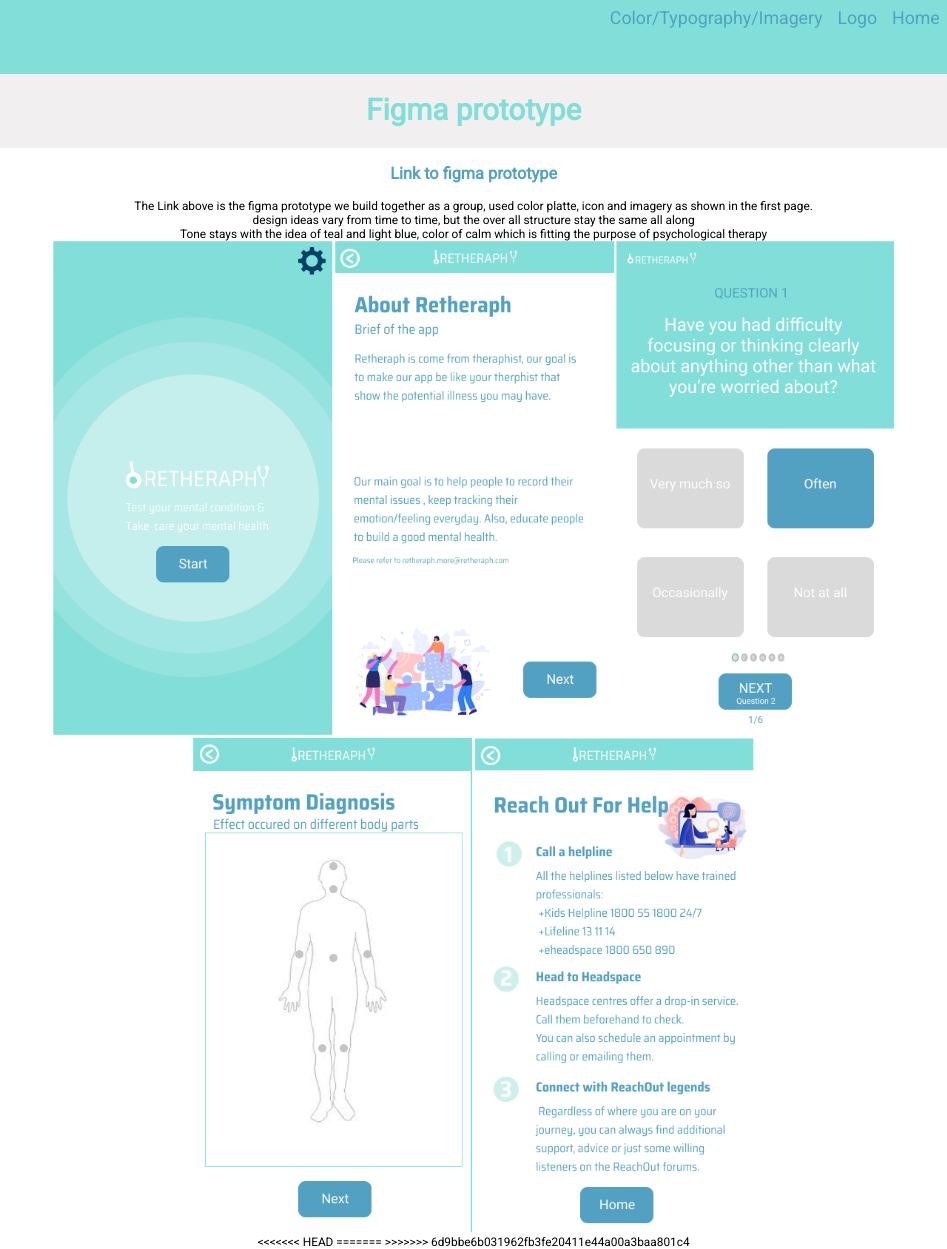
Repository: zzs1/style-guide
Page: style guide/style_guide_Shin_part03/index.html
The author's editor kept a copy of each file at every save. The page is drawn from the files as they stood at one save, then again after a run of saves.
The browser window is 1280 px wide. The pictures show the whole page, at 74% of full size.
Some web fonts or font styles are not loaded; a fallback is used.

Above is the page before, as saved 2021-03-23 20:47:25.

### style guide/style_guide_Shin_part03/index.html

<!DOCTYPE html>
<html lang="en">
<head>
  <meta charset="UTF-8">
  <meta name="viewport" content="width=device-width, initial-scale=1.0">
  <title>Style guide - figma -</title>
  <link href ="style.css" rel="stylesheet" />
  <link href="https://fonts.googleapis.com/css2?family=Saira+Semi+Condensed:wght@500&display=swap" rel="stylesheet">
  <link href="https://fonts.googleapis.com/css2?family=Roboto&display=swap" rel="stylesheet">
</head>
<body>
  <header>
    <div class=header>
      <nav>
        <ul>
          <li><a href="../index.html">Home</a></li>
          <li><a href="../Joyce_styleGuide_part1 /mainpage.html">Logo</a></li>
          <li><a href="../Chisaki_styleGuide_part2/index.html">Color/Typography/Imagery</a></li>
        </ul>
      </nav>
    </div>
  </header>
  <div id="main">
    <article>
      <!--Color theme section starts-->
      <section>
        <div class="title"><h1>Figma prototype</h1></div>
        <h3 class="subtitle"><a href="https://www.figma.com/file/5cTOfacPyaFsYak6549ZUm/2106-design-idea?node-id=257%3A2479">Link to figma prototype</a></h3>
        <p>
            The Link above is the figma prototype we build together as a group, used color platte, icon and imagery as shown in the first page. <br>
            design ideas vary from time to time, but the over all structure stay the same all along<br>
            Tone stays with the idea of teal and light blue, color of calm which is fitting the purpose of psychological therapy
        </p>
        <div id="colorbox">
            <img src="home page.png" alt="home">
            <img src="introduction.png" alt="intro">
            <img src="Q1 after clicking.png" alt="questions">
            <img src="DIAGRAM.png" alt="diagram">
            <img src="help.png" alt="help">
        </div>
<<<<<<< HEAD

=======
>>>>>>> 6d9bbe6b031962fb3fe20411e44a00a3baa801c4
      </section>
  </article>
  </div>
</body>
</html>

### style guide/style_guide_Shin_part03/style.css
body, html{
    margin:0;
    text-align:center;
    font-family: 'Roboto', sans-serif;
  }
  .header{
    margin:0;
    height:100px;
    background-color:#82DED9;
  }
  ul{
    margin:0;
    list-style: none;
  }
  li{
    color:#FFFFFF;
    float:right;
    margin:10px;
    font-size:24px;
  }
  a{
    text-decoration: none;
    color:#52A1C3;
  }
  a:hover{
    color:#FFFFFF;
  }
  p{
    margin:0;
  }
  .title{
    display: flex;
    flex-direction: column;
    height:100px;
    background-color: #F1EFEF;
    margin:0;
  }

  .title > h1{
    margin:25px;
    font-size:40px;
    color:#82DED9;


  }
  .subtitle {
    font-size:22px;
    color:#52A1C3;
  }

After the next 2 saves:
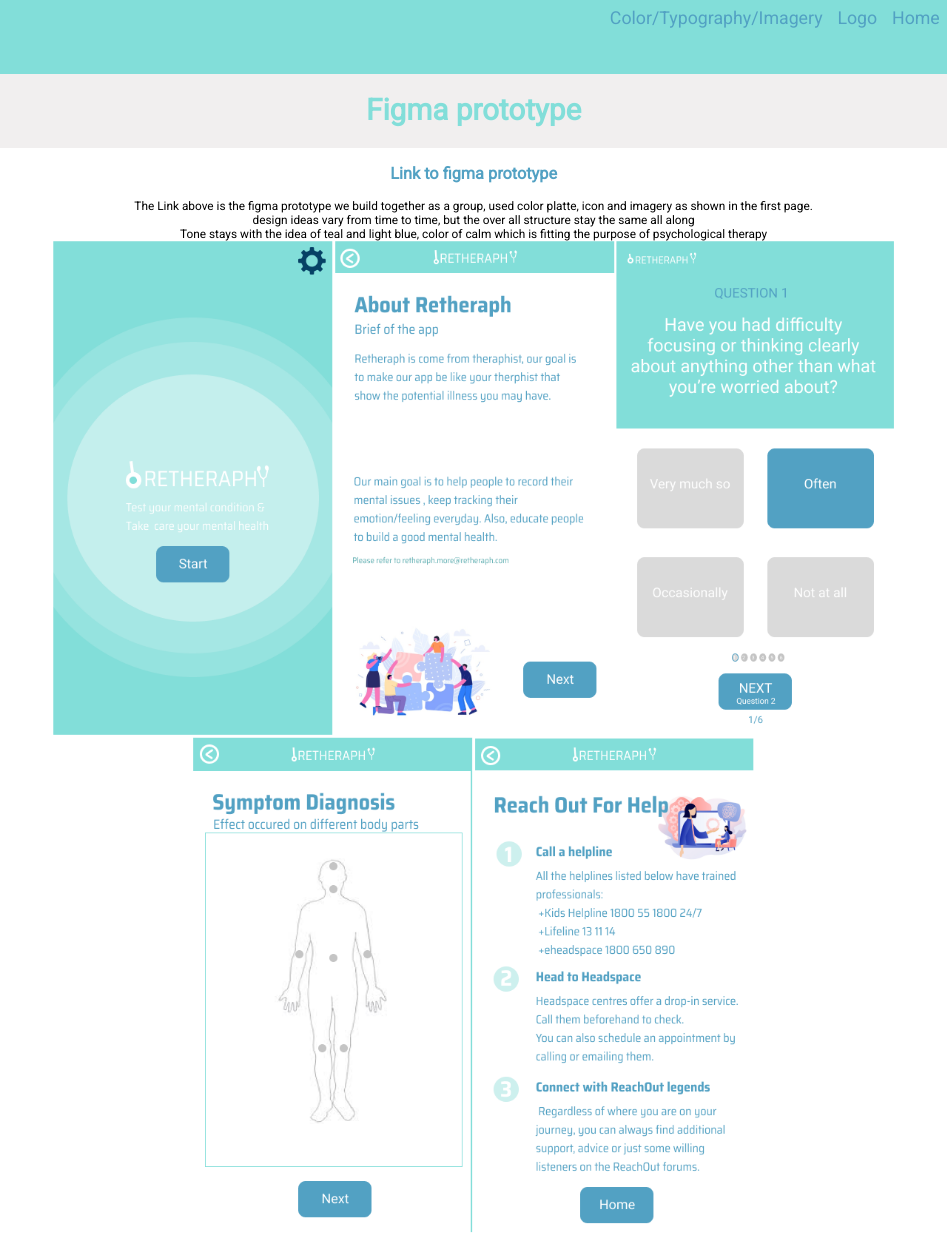
The 2 saves are shown as one change because they came seconds apart.
The last was saved 118 s later.
--- a/style guide/style_guide_Shin_part03/index.html
+++ b/style guide/style_guide_Shin_part03/index.html
@@ -39,10 +39,6 @@
             <img src="DIAGRAM.png" alt="diagram">
             <img src="help.png" alt="help">
         </div>
-<<<<<<< HEAD
-
-=======
->>>>>>> 6d9bbe6b031962fb3fe20411e44a00a3baa801c4
       </section>
   </article>
   </div>
